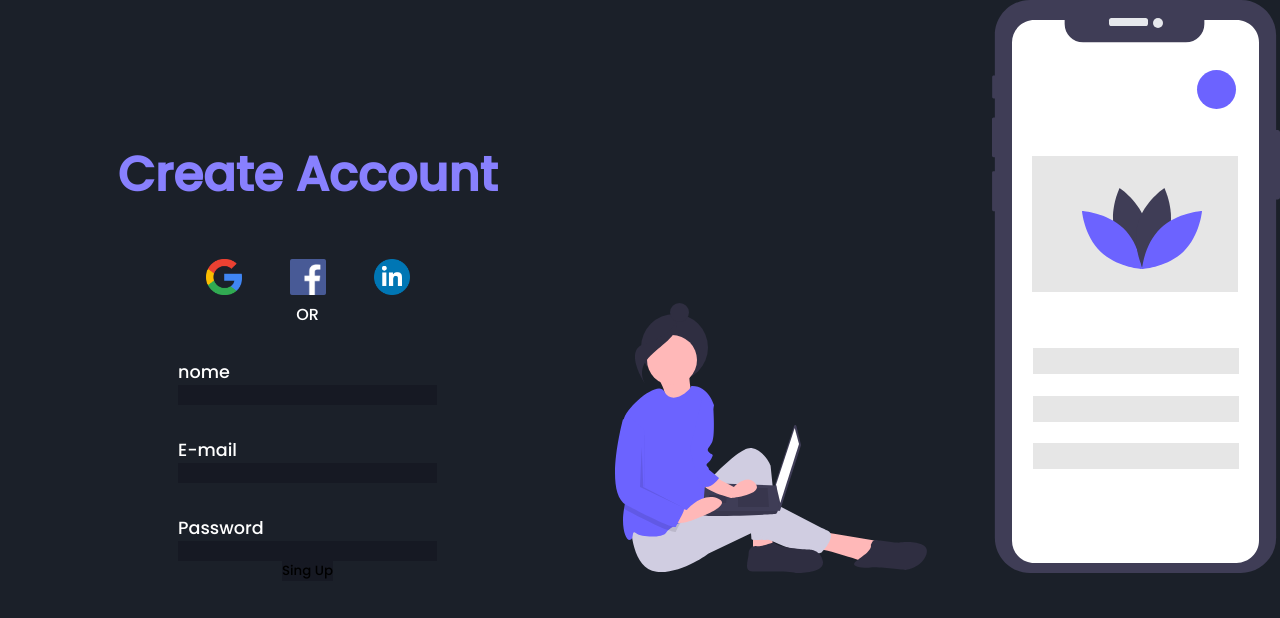
Repository: daniel-victorr/Cadastro
Page: login.html
The author's editor kept a copy of each file at every save. The page is drawn from the files as they stood at one save, then again after a run of saves.
The browser window is 1280 px wide. The pictures show the whole page.

Above is the page before, as saved 2022-02-17 16:30:03.

After the next 9 saves:
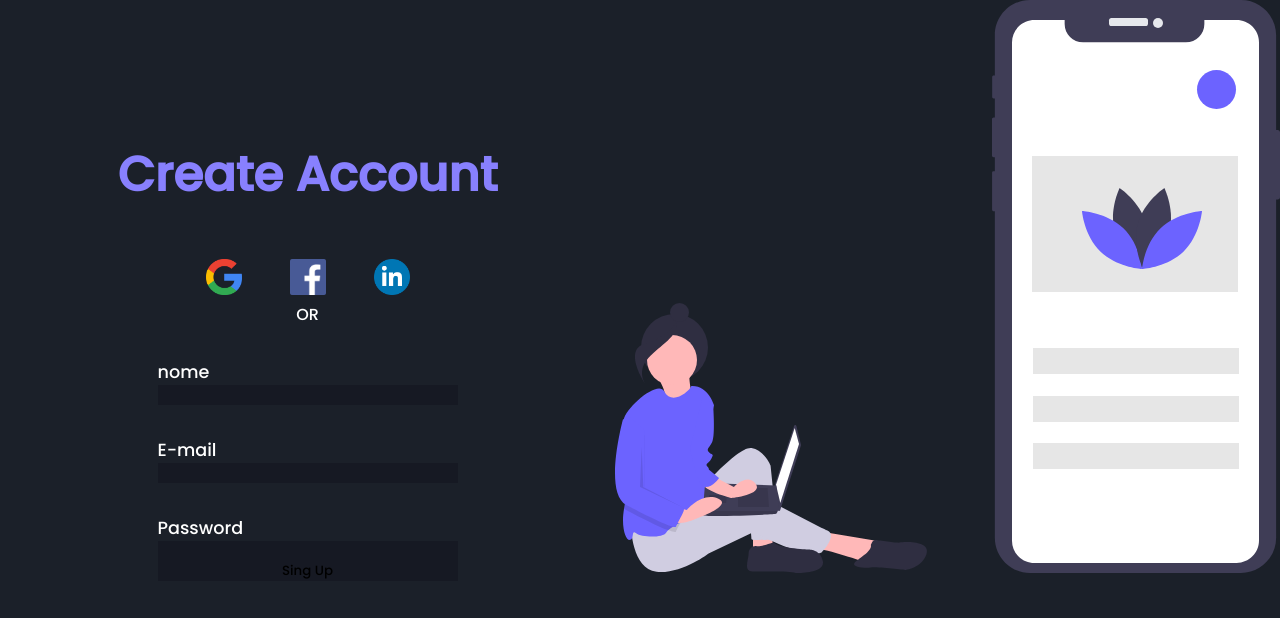
The 9 saves are shown as one change because they came seconds apart.
The last was saved 38 s later.
--- a/Cadastro.css
+++ b/Cadastro.css
@@ -68,4 +68,6 @@ main form label span{
 
 main form input{
     background: #161923;
+    width: 300px;
+    height: ;
 }
